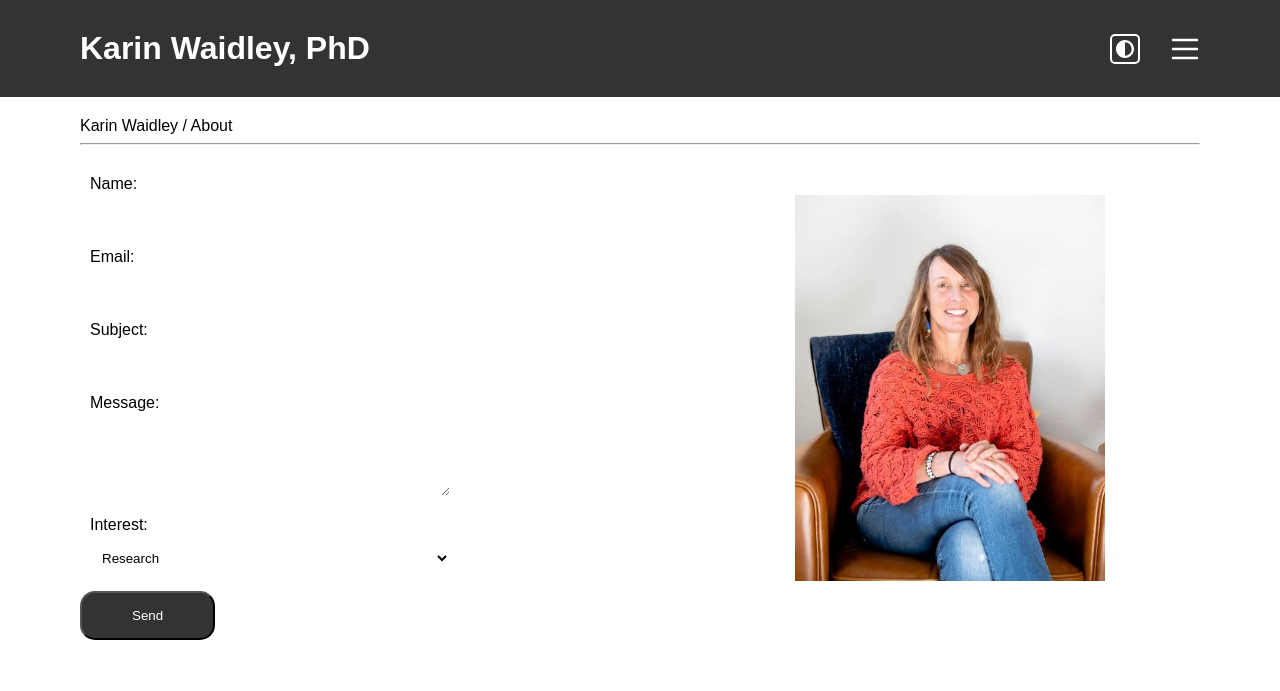
Repository: Ceasor7/Karin
Page: contact.html
The author's editor kept a copy of each file at every save. The page is drawn from the files as they stood at one save, then again after the next save.
The browser window is 1280 px wide. The pictures show the whole page.

Above is the page before, as saved 2023-12-14 15:22:07.

### contact.html
<!DOCTYPE html>
<html lang="en">

<head>
    <meta charset="UTF-8">
    <meta name="viewport" content="width=device-width, initial-scale=1.0">
    <title>Karin Waidley, PhD | Contact</title>
    <style>
        /* Resetting some default styles for better consistency */
        body,
        h1,
        h2,
        h3,
        p,
        ul,
        li {
            margin: 0;
            padding: 0;
            list-style: none;
        }

        /* Global styles */
        body {
            font-family: Arial, sans-serif;
            background-color: #fff;
        }

        /* Navbar styles */
        header {
            background-color: #333;
            color: white;
            padding: 10px 0;
        }

        .navbar {
            display: flex;
            justify-content: space-between;
            align-items: center;
            padding: 20px;
            margin-left: 60px;
            margin-right: 60px;
        }

        .navbar-logo {
            font-size: 2em;
            font-weight: bold;
        }

        .navbar-icons {
            display: flex;
            gap: 10px;
        }

        .dark-mode-toggle {
            color: var(--secondary-color);
            border: 2px solid currentColor;
            padding: 4px;
            background: transparent;
            cursor: pointer;
            border-radius: 5px;
            width: 30px;
            height: 30px;
        }

        .dark-mode-toggle,
        .svg-icon {
            margin-right: 20px;
        }

        /* Main content styles */
        section {
            margin-top: 20px;
        }

        /* Contact form styles */
        form {
            max-width: 600px;
            margin: 0 auto;
        }

        label {
            display: block;
            margin-bottom: 8px;
            text-align: left;
            margin-left: 80px;
        }

        input,
        textarea,
        select {
            width: 60%;
            padding: 8px;
            margin-bottom: 16px;
            box-sizing: border-box;
            margin-left: 80px;
            background-color: white;
            border: none;

        }

        /* New section styles */
        .image-section {
            text-align: center;
            margin-top: 20px;
        }

        .image-section img {
            max-width: 50%;
            height: auto;
        }

        /* Add this CSS to make the two divs beside each other */
        .flex-container {
            display: flex;
            justify-content: space-between;
            margin-top: 30px;
        }

        .flex-container>div {
            flex: 1;
            margin-right: 20px;
        }

        .form-button {
            margin-left: 80px;
        }

        .formSend-button {
            padding: 15px;
            background-color: #333;
            color: white;
            padding-left: 50px;
            padding-right: 50px;
            border-radius: 15px;
        }

        section {
            margin-top: 20px;
            margin-left: 80px;
            margin-right: 80px;
        }
    </style>
</head>

<body>
    <header>
        <div class="navbar">
            <div class="navbar-logo">Karin Waidley, PhD</div>
            <div class="navbar-icons">
                <button id="dark-mode-toggle" class="dark-mode-toggle">
                    <svg width="100%" xmlns="http://www.w3.org/2000/svg" viewBox="0 0 496 496">
                        <path fill="currentColor"
                            d="M8,256C8,393,119,504,256,504S504,393,504,256,393,8,256,8,8,119,8,256ZM256,440V72a184,184,0,0,1,0,368Z"
                            transform="translate(-8 -8)" />
                    </svg>
                </button>
                <svg xmlns="http://www.w3.org/2000/svg" x="0px" y="0px" width="30" height="30" viewBox="0 0 50 50"
                    style="fill:#FFFFFF;">
                    <path
                        d="M 5 8 A 2.0002 2.0002 0 1 0 5 12 L 45 12 A 2.0002 2.0002 0 1 0 45 8 L 5 8 z M 5 23 A 2.0002 2.0002 0 1 0 5 27 L 45 27 A 2.0002 2.0002 0 1 0 45 23 L 5 23 z M 5 38 A 2.0002 2.0002 0 1 0 5 42 L 45 42 A 2.0002 2.0002 0 1 0 45 38 L 5 38 z">
                    </path>
                </svg>
            </div>
        </div>
    </header>

    <section>
        <p class="page-title">Karin Waidley / About</p>
        <hr>
    </section>
    <div class="flex-container">
        <div>
            <form>
                <label for="name">Name:</label>
                <input type="text" id="name" name="name" required>

                <label for="email">Email:</label>
                <input type="email" id="email" name="email" required>

                <label for="subject">Subject:</label>
                <input type="text" id="subject" name="subject" required>

                <label for="message">Message:</label>
                <textarea id="message" name="message" rows="4" required></textarea>

                <label for="interest">Interest:</label>
                <select id="interest" name="interest">
                    <option value="research">Research</option>
                    <option value="speaking">Speaking</option>
                    <option value="teaching">Teaching</option>
                    <option value="community-reach">Community Reach</option>
                </select>
            </form>
        </div>
        <!-- New section with image -->
        <div class="image-section">
            <img src="images/Karin.jpeg" alt="Karin Waidley">
        </div>
    </div>
    <div class="form-button">
        <button class="formSend-button" type="submit">Send</button>
    </div>


</body>

</html>

After the next save:
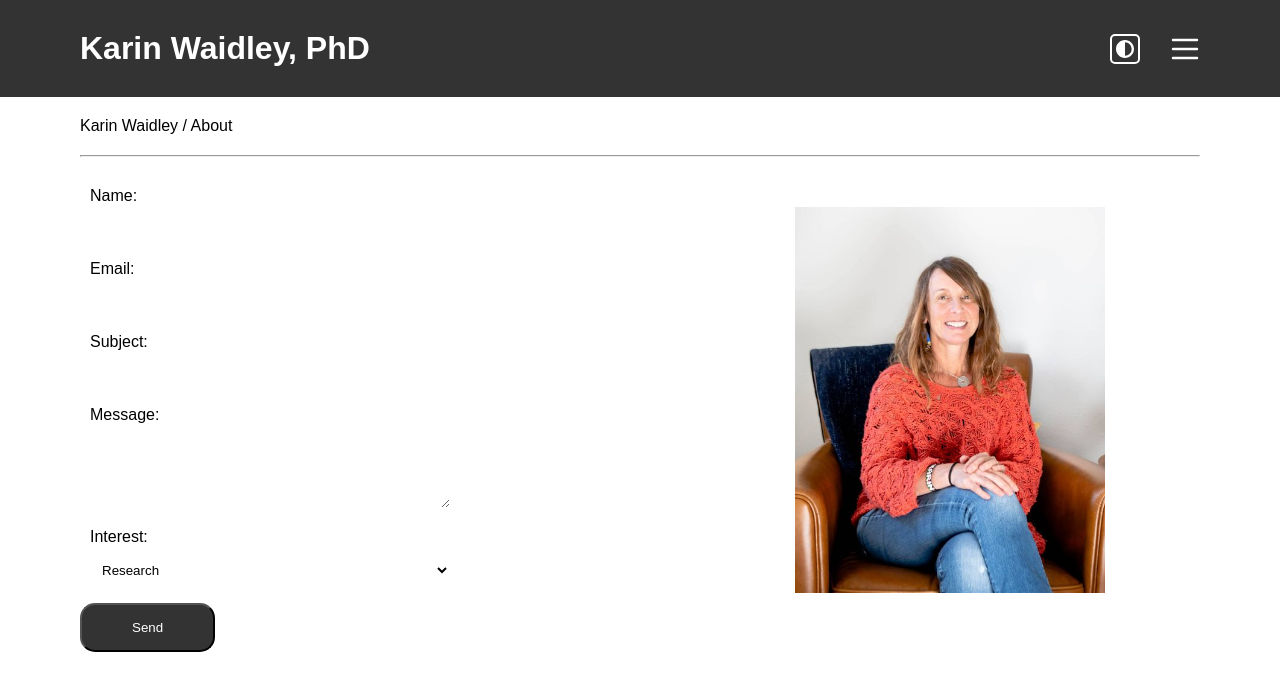
Saved 82 s later.
--- a/contact.html
+++ b/contact.html
@@ -70,6 +70,10 @@
         /* Main content styles */
         section {
             margin-top: 20px;
+        }
+
+        .page-title {
+            margin-bottom: 20px;
         }
 
         /* Contact form styles */
